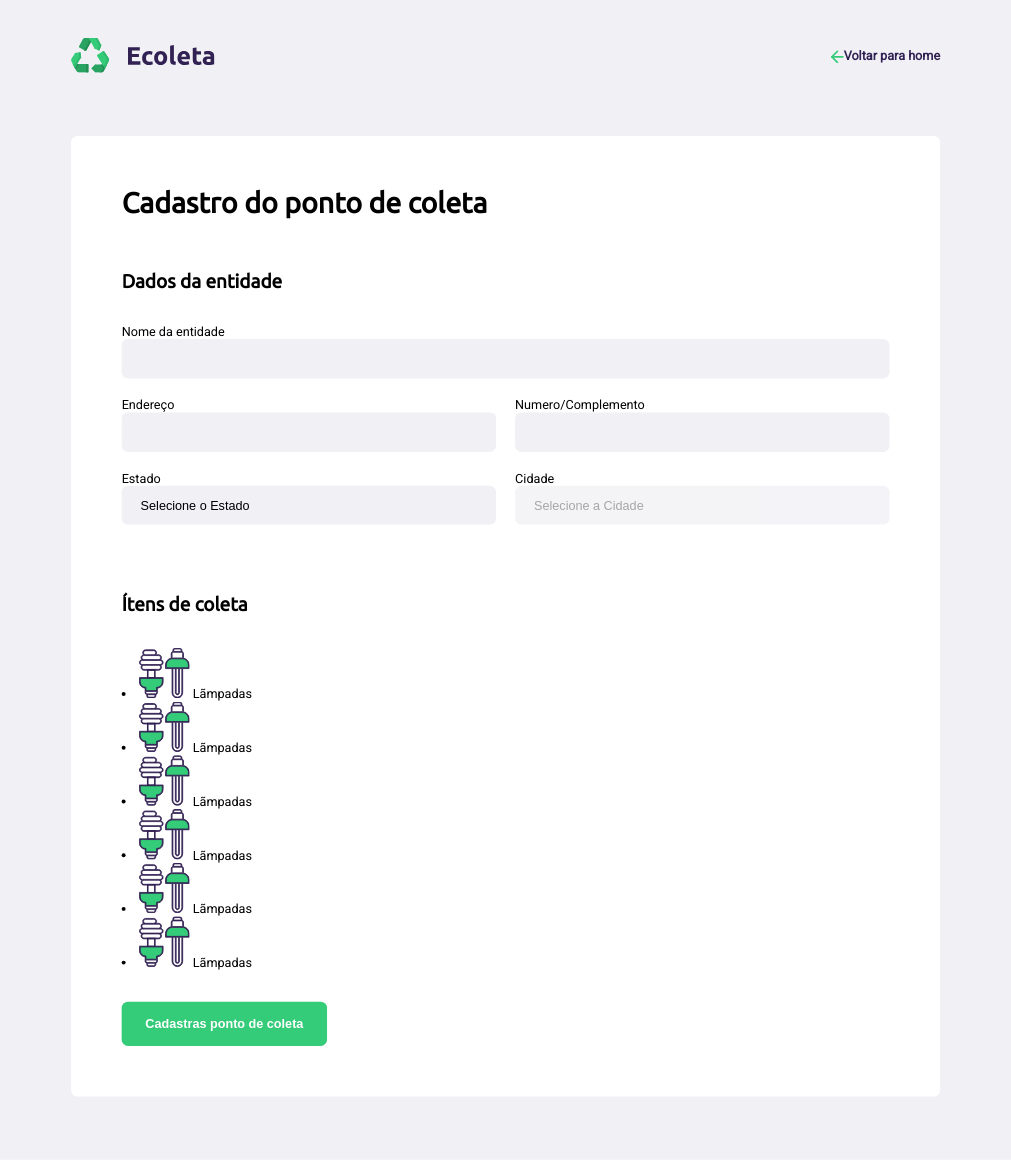
Repository: ivobass/NextLevelWeek
Page: create-point.html
These files come from the project's save history. The page is drawn as it stood at one moment and after the next save; the edit follows.
The browser window is 1280 px wide. The pictures show the whole page, at 79% of full size.
The page's requests for data from a server got no answer.

Above is the page before, as saved 2020-06-03 19:48:31.

After the next save:
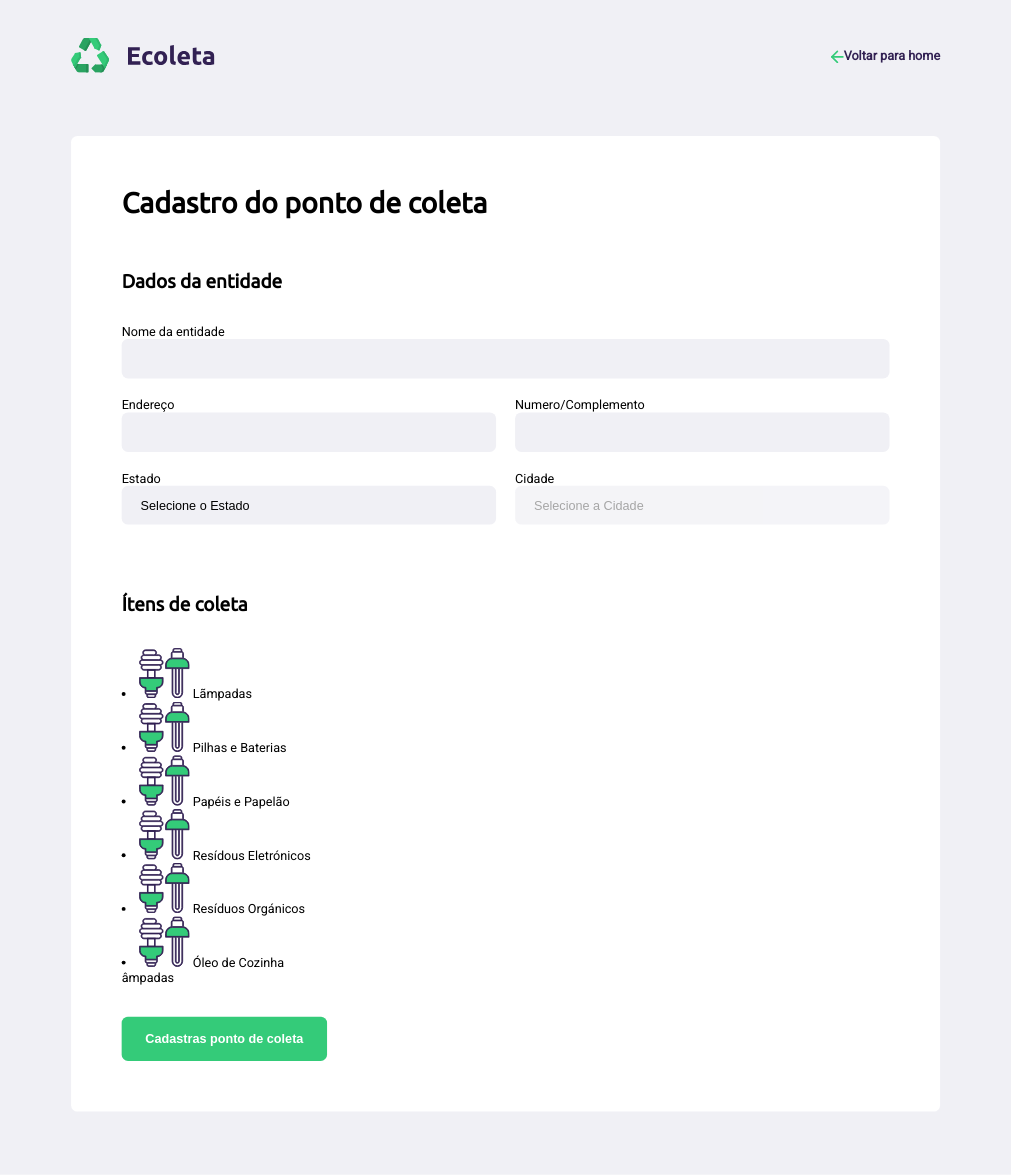
Saved 5 min 58 s later.
--- a/create-point.html
+++ b/create-point.html
@@ -83,27 +83,27 @@
                         <img src="/assets/lampadas.svg" alt="lampadas">
                         <span>Lãmpadas</span>
                     </li>
-                    <li data-id="1">
-                        <img src="/assets/lampadas.svg" alt="lampadas">
-                        <span>Lãmpadas</span>
+                    <li data-id="2">
+                        <img src="/assets/lampadas.svg" alt="Pilhas e Baterias">
+                        <span>Pilhas e Baterias</span>
                     </li>
-                    <li data-id="1">
-                        <img src="/assets/lampadas.svg" alt="lampadas">
-                        <span>Lãmpadas</span>
+                    <li data-id="3">
+                        <img src="/assets/lampadas.svg" alt="Papéis e Papelão">
+                        <span>Papéis e Papelão</span>
                     </li>
-                    <li data-id="1">
-                        <img src="/assets/lampadas.svg" alt="lampadas">
-                        <span>Lãmpadas</span>
+                    <li data-id="4">
+                        <img src="/assets/lampadas.svg" alt="Resídous Eletrónicos">
+                        <span>Resídous Eletrónicos</span>
                     </li>
-                    <li data-id="1">
-                        <img src="/assets/lampadas.svg" alt="lampadas">
-                        <span>Lãmpadas</span>
+                    <li data-id="5">
+                        <img src="/assets/lampadas.svg" alt="Resíduos Orgánicos">
+                        <span>Resíduos Orgánicos</span>
                     </li>
-                    <li data-id="1">
-                        <img src="/assets/lampadas.svg" alt="lampadas">
-                        <span>Lãmpadas</span>
+                    <li data-id="6">
+                        <img src="/assets/lampadas.svg" alt="Óleo de Cozinha">
+                        <span>Óleo de Cozinha</span>
                     </li>
-
+                    âmpadas
 
 
 
